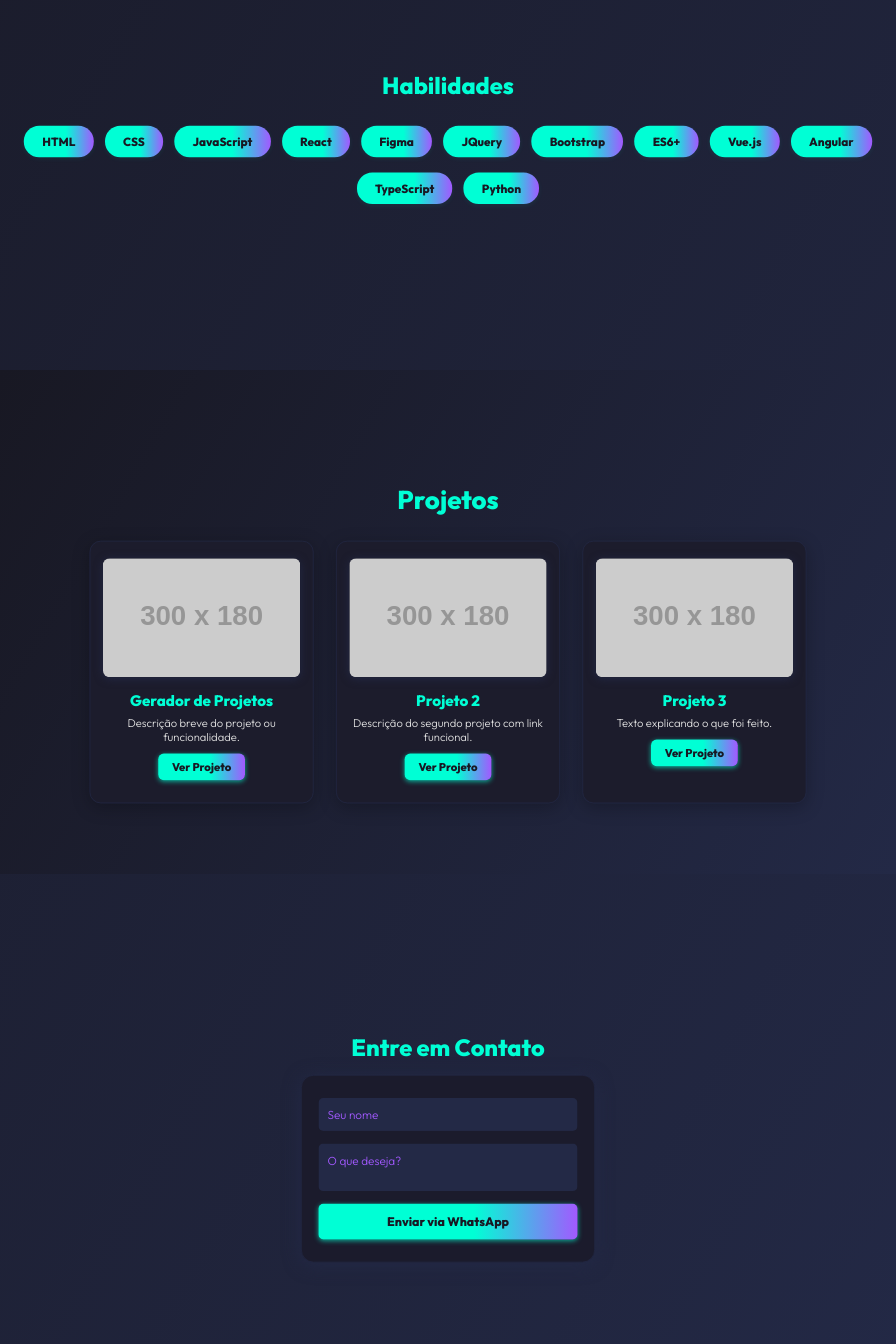
Repository: Wbyh7z/meu-portfolio
Page: src/index.html
These files come from the project's save history. The page is drawn as it stood at one moment and after the next save; the edit follows.
The browser window is 1280 px wide. The pictures show the part of the page from y = 1631 to 3551 px (the page is 3696 px tall), at 70% of full size.

Above is the page before, as saved 2025-08-11 00:19:30.

### src/index.html
<!DOCTYPE html>
<html lang="pt-br">
<head>
  <meta charset="UTF-8" />
  <meta name="viewport" content="width=device-width, initial-scale=1.0"/>
  <title>Portfólio - Freelancer Metzad</title>
  <meta name="description" content="Portfólio de Weberty Marcilio, desenvolvedor front-end. Veja projetos, habilidades e entre em contato.">
  <link rel="icon" href="../img/IMG_1729.JPG" type="image/jpeg">
  <link rel="stylesheet" href="style.css" />
  <link href="https://fonts.googleapis.com/css2?family=Outfit:wght@300;600;800&display=swap" rel="stylesheet">
</head>
<body>
  <nav class="navbar">
    <div class="menu-toggle" id="menu-toggle" aria-label="Abrir menu" tabindex="0">
      <span></span>
      <span></span>
      <span></span>
    </div>
    <ul id="nav-list">
      <li><a href="#inicio" class="active" aria-label="Ir para início">Início</a></li>
      <li><a href="#sobre" aria-label="Ir para sobre mim">Sobre Mim</a></li>
      <li><a href="#habilidades" aria-label="Ir para habilidades">Habilidades</a></li>
      <li><a href="#projetos" aria-label="Ir para projetos">Projetos</a></li>
      <li><a href="#contato" aria-label="Ir para contato">Contato</a></li>
    </ul>
  </nav>

  <section id="inicio" class="inicio">
    <div class="container">
      <img src="../img/IMG_1729.JPG" alt="Foto de Weberty Marcilio" class="foto" />
      <h1 class="nome">Weberty Marcilio</h1>
      <p class="profissao">Desenvolvedor Front-End</p>
    </div>
  </section>

  <section id="sobre" class="sobre">
    <div class="glass-box">
      <h2>Sobre Mim</h2>
      <p>
        Sou um desenvolvedor front-end apaixonado por criar interfaces bonitas, responsivas e modernas.
        Gosto de transformar ideias em código com atenção aos detalhes e uma boa dose de criatividade.
      </p>
    </div>
  </section>

  <section id="habilidades" class="habilidades">
    <h2>Habilidades</h2>
    <div class="skills">
      <span>HTML</span>
      <span>CSS</span>
      <span>JavaScript</span>
      <span>React</span>
      <span>Figma</span>
      <span>JQuery</span>
      <span>Bootstrap</span>
      <span>ES6+</span>
      <span>Vue.js</span>
      <span>Angular</span>
      <span>TypeScript</span>
      <span>Python</span>
    </div>
  </section>

  <section id="projetos">
    <h2>Projetos</h2>
    <div class="projetos-container">
      <div class="projeto">
        <img src="https://via.placeholder.com/300x180" alt="Imagem do Projeto 1">
        <h3>Gerador de Projetos</h3>
        <p>Descrição breve do projeto ou funcionalidade.</p>
        <a href="https://geradordeprojetos.netlify.app/" target="_blank" rel="noopener">Ver Projeto</a>
      </div>
      <div class="projeto">
        <img src="https://via.placeholder.com/300x180" alt="Imagem do Projeto 2">
        <h3>Projeto 2</h3>
        <p>Descrição do segundo projeto com link funcional.</p>
        <a href="https://github.com/seuusuario/projeto2" target="_blank" rel="noopener">Ver Projeto</a>
      </div>
      <div class="projeto">
        <img src="https://via.placeholder.com/300x180" alt="Imagem do Projeto 3">
        <h3>Projeto 3</h3>
        <p>Texto explicando o que foi feito.</p>
        <a href="https://github.com/seuusuario/projeto3" target="_blank" rel="noopener">Ver Projeto</a>
      </div>
    </div>
  </section>

  <section id="contato" class="contato">
    <h2>Entre em Contato</h2>
    <form class="formulario-contato" onsubmit="EnviarWhatsApp(event)">
      <label for="nome" style="display:none;">Nome</label>
      <input type="text" id="nome" placeholder="Seu nome" required>
      <label for="mensagem" style="display:none;">Mensagem</label>
      <textarea id="mensagem" placeholder="O que deseja?" required></textarea>
      <button type="submit">Enviar via WhatsApp</button>
      <div id="msg-sucesso" style="display:none;color:#00ffd5;margin-top:10px;font-weight:bold;">
        Mensagem enviada pelo WhatsApp!
      </div>
    </form>
  </section>

  <footer style="text-align:center;padding:18px 0;color:#a259ff;font-size:0.95rem;">
    © 2025 Weberty Marcilio. Todos os direitos reservados.
  </footer>

  <script>
    // Menu mobile
    const menuToggle = document.getElementById('menu-toggle');
    const navList = document.getElementById('nav-list');
    menuToggle.addEventListener('click', () => {
      navList.classList.toggle('open');
    });
    menuToggle.addEventListener('keypress', (e) => {
      if (e.key === 'Enter') navList.classList.toggle('open');
    });

    // Navbar ativo
    const links = document.querySelectorAll('.navbar a');
    links.forEach(link => {
      link.addEventListener('click', function() {
        links.forEach(l => l.classList.remove('active'));
        this.classList.add('active');
        if(window.innerWidth <= 768) navList.classList.remove('open');
      });
    });

    // WhatsApp com feedback visual
    function EnviarWhatsApp(event) {
      event.preventDefault();
      const nome = document.getElementById("nome").value;
      const mensagem = document.getElementById("mensagem").value;
      const telefone = "5563992388347";
      const texto = `Olá, meu nome é ${nome}, ${mensagem}`;
      const msgFormatada = encodeURIComponent(texto);
      const url = `https://wa.me/${telefone}?text=${msgFormatada}`;
      window.open(url, "_blank");
      document.getElementById("msg-sucesso").style.display = "block";
      setTimeout(() => {
        document.getElementById("msg-sucesso").style.display = "none";
      }, 3000);
    }
  </script>
</body>
</html>

### src/style.css
* {
  margin: 0;
  padding: 0;
  box-sizing: border-box;
  font-family: 'Outfit', sans-serif;
}

body {
  min-height: 100vh;
  background: linear-gradient(120deg, #181823 0%, #232946 100%);
  color: #fff;
  scroll-behavior: smooth;
  position: relative;
  overflow-x: hidden;
}

/* ANIMAÇÃO DE FUNDO */
body::before {
  content: "";
  position: fixed;
  top: -100px;
  left: -100px;
  width: 120vw;
  height: 120vh;
  background: radial-gradient(circle at 20% 20%, #00ffd5 0%, transparent 60%),
              radial-gradient(circle at 80% 80%, #a259ff 0%, transparent 60%);
  opacity: 0.08;
  z-index: 0;
  pointer-events: none;
}

/* NAVBAR */
.navbar {
  position: fixed;
  top: 0;
  width: 100%;
  background: rgba(17, 17, 17, 0.95);
  display: flex;
  justify-content: center;
  z-index: 1000;
  box-shadow: 0 2px 16px rgba(0,0,0,0.4);
  transition: background 0.3s;
}

.navbar ul {
  display: flex;
  list-style: none;
  padding: 1rem 2rem;
  gap: 2.5rem;
}

.navbar a {
  color: #fff;
  text-decoration: none;
  font-weight: 600;
  font-size: 1.1rem;
  letter-spacing: 1px;
  padding: 8px 18px;
  border-radius: 8px;
  transition: color 0.3s, background 0.3s, outline 0.2s;
}

.navbar a:hover,
.navbar a.active {
  color: #181823;
  background: #00ffd5;
}

.navbar a:focus {
  outline: 2px solid #00ffd5;
  outline-offset: 2px;
}

/* MENU HAMBURGUER MOBILE */
.menu-toggle {
  display: none;
  flex-direction: column;
  justify-content: center;
  cursor: pointer;
  margin-left: 1rem;
}

.menu-toggle span {
  width: 28px;
  height: 3px;
  background: #fff;
  margin: 4px 0;
  border-radius: 2px;
  transition: 0.4s;
}

/* SECTIONS */
section {
  padding: 120px 20px 60px 20px;
  min-height: 100vh;
  display: flex;
  flex-direction: column;
  justify-content: center;
  align-items: center;
  text-align: center;
  position: relative;
  z-index: 1;
  transition: box-shadow 0.3s, transform 0.3s, background 0.3s, color 0.3s;
}

/* INÍCIO */
.inicio .foto {
  width: 170px;
  height: 170px;
  border-radius: 50%;
  object-fit: cover;
  border: 6px solid #00ffd5;
  box-shadow: 0 0 40px #00ffd5, 0 0 0 10px #232946;
  animation: float 3s ease-in-out infinite;
  margin-bottom: 18px;
  transition: box-shadow 0.3s, border 0.3s;
}

@keyframes float {
  0% { transform: translateY(0);}
  50% { transform: translateY(-12px);}
  100% { transform: translateY(0);}
}

.inicio .nome {
  margin-top: 10px;
  font-size: 2.7rem;
  font-weight: 800;
  letter-spacing: 1px;
  color: #00ffd5;
  text-shadow: 0 2px 12px #181823;
}

.inicio .profissao {
  color: #a259ff;
  font-size: 1.3rem;
  margin-top: 8px;
  font-weight: 600;
  letter-spacing: 1px;
}

/* SOBRE */
.sobre .glass-box {
  background: rgba(255, 255, 255, 0.07);
  backdrop-filter: blur(12px);
  border-radius: 22px;
  padding: 48px 32px;
  box-shadow: 0 0 32px rgba(128, 0, 255, 0.25);
  max-width: 700px;
  width: 95%;
  border: 1.5px solid rgba(255, 255, 255, 0.13);
  margin-top: 24px;
  transition: box-shadow 0.4s, transform 0.4s, background 0.3s;
}

.sobre .glass-box:hover {
  box-shadow: 0 0 48px rgba(170, 0, 255, 0.5);
  transform: scale(1.015);
  background: rgba(255,255,255,0.10);
}

.sobre .glass-box h2 {
  color: #00ffd5;
  margin-bottom: 18px;
  font-size: 2.1rem;
}

.sobre .glass-box p {
  font-size: 1.15rem;
  line-height: 1.7;
  color: #e0e0e0;
}

/* HABILIDADES */
.habilidades h2 {
  color: #00ffd5;
  font-size: 2.1rem;
  margin-bottom: 18px;
}

.skills {
  display: flex;
  flex-wrap: wrap;
  justify-content: center;
  margin-top: 18px;
  gap: 1rem;
}

.skills span {
  background: linear-gradient(90deg, #00ffd5 60%, #a259ff 100%);
  color: #181823;
  padding: 12px 26px;
  border-radius: 22px;
  font-weight: bold;
  font-size: 1.05rem;
  box-shadow: 0 2px 8px rgba(0,255,213,0.08);
  margin-bottom: 6px;
  transition: transform 0.2s, box-shadow 0.2s, background 0.3s, color 0.3s;
}

.skills span:hover,
.skills span:focus {
  transform: scale(1.08) rotate(-2deg);
  box-shadow: 0 4px 16px #00ffd5;
  background: linear-gradient(90deg, #a259ff 60%, #00ffd5 100%);
  color: #fff;
  outline: 2px solid #00ffd5;
}

/* PROJETOS */
#projetos {
  background: linear-gradient(120deg, #181823 0%, #232946 100%);
  color: #fff;
  text-align: center;
}

#projetos h2 {
  font-size: 2.3rem;
  margin-bottom: 36px;
  color: #00ffd5;
}

.projetos-container {
  display: flex;
  flex-wrap: wrap;
  justify-content: center;
  gap: 32px;
}

.projeto {
  background: rgba(28, 28, 44, 0.98);
  border-radius: 16px;
  padding: 24px 18px;
  width: 320px;
  transition: transform 0.3s, box-shadow 0.3s, border 0.3s;
  box-shadow: 0 6px 24px rgba(0,0,0,0.25);
  text-align: center;
  border: 1.5px solid #232946;
  position: relative;
  overflow: hidden;
}

.projeto:hover,
.projeto:focus-within {
  transform: translateY(-8px) scale(1.04);
  box-shadow: 0 12px 32px #00ffd5aa;
  border-color: #00ffd5;
}

.projeto img {
  width: 100%;
  border-radius: 10px;
  margin-bottom: 15px;
  box-shadow: 0 2px 12px #232946;
  transition: box-shadow 0.3s;
}

.projeto h3 {
  font-size: 1.35rem;
  margin-bottom: 8px;
  color: #00ffd5;
}

.projeto p {
  font-size: 1rem;
  margin-bottom: 14px;
  color: #e0e0e0;
}

.projeto a {
  background: linear-gradient(90deg, #00ffd5 60%, #a259ff 100%);
  color: #181823;
  padding: 9px 20px;
  border-radius: 8px;
  text-decoration: none;
  font-weight: bold;
  font-size: 1rem;
  transition: background 0.3s, color 0.3s, border 0.3s;
  box-shadow: 0 2px 8px #00ffd5aa;
  display: inline-block;
  margin-bottom: 8px;
}

.projeto a:hover,
.projeto a:focus {
  background: #181823;
  color: #00ffd5;
  border: 1.5px solid #00ffd5;
  outline: 2px solid #00ffd5;
}

/* CONTATO */
.contato h2 {
  color: #00ffd5;
  font-size: 2.1rem;
  margin-bottom: 18px;
}

.formulario-contato {
  display: flex;
  flex-direction: column;
  gap: 18px;
  width: 95%;
  max-width: 420px;
  margin: 0 auto;
  background: rgba(28, 28, 44, 0.98);
  padding: 32px 24px;
  border-radius: 18px;
  box-shadow: 0 4px 24px #232946;
  border: 1.5px solid #232946;
}

.formulario-contato input,
.formulario-contato textarea {
  padding: 12px;
  border: none;
  border-radius: 7px;
  font-size: 1.05rem;
  background: #232946;
  color: #fff;
  resize: none;
  outline: none;
  transition: box-shadow 0.2s, border 0.2s;
  border: 1.5px solid transparent;
}

.formulario-contato input:focus,
.formulario-contato textarea:focus {
  border: 1.5px solid #00ffd5;
  box-shadow: 0 0 8px #00ffd5;
  outline: 2px solid #00ffd5;
}

.formulario-contato button {
  padding: 14px;
  background: linear-gradient(90deg, #00ffd5 60%, #a259ff 100%);
  border: none;
  border-radius: 7px;
  font-weight: bold;
  color: #181823;
  font-size: 1.1rem;
  cursor: pointer;
  transition: background 0.3s, color 0.3s, border 0.3s;
  box-shadow: 0 2px 8px #00ffd5aa;
}

.formulario-contato button:hover,
.formulario-contato button:focus {
  background: #181823;
  color: #00ffd5;
  border: 1.5px solid #00ffd5;
  outline: 2px solid #00ffd5;
}

#msg-sucesso {
  transition: opacity 0.4s;
  opacity: 1;
}

/* Placeholders com contraste */
::placeholder {
  color: #a259ff;
  opacity: 1;
}

/* FOOTER */
footer {
  background: transparent;
  border-top: 1px solid #232946;
  margin-top: 40px;
  text-align: center;
  padding: 18px 0;
  color: #a259ff;
  font-size: 0.95rem;
}

/* RESPONSIVO */
@media (max-width: 900px) {
  .projetos-container {
    flex-direction: column;
    align-items: center;
  }
  .projeto {
    width: 95%;
    max-width: 400px;
  }
}

@media (max-width: 768px) {
  .navbar ul {
    flex-direction: column;
    background: #111;
    position: absolute;
    top: 60px;
    left: 0;
    width: 100vw;
    display: none;
    z-index: 2000;
    padding: 1rem 0;
    gap: 1.5rem;
  }
  .navbar ul.open {
    display: flex;
  }
  .menu-toggle {
    display: flex;
    position: absolute;
    right: 24px;
    top: 18px;
    z-index: 2001;
  }
  section {
    padding-top: 100px;
  }
  .inicio .nome {
    font-size: 2rem;
  }
  .skills {
    flex-direction: column;
  }
}

@media (max-width: 500px) {
  .inicio .foto {
    width: 120px;
    height: 120px;
  }
  .projeto {
    padding: 14px 6px;
  }
  .formulario-contato {
    padding: 18px 6px;
  }
}

After the next save:
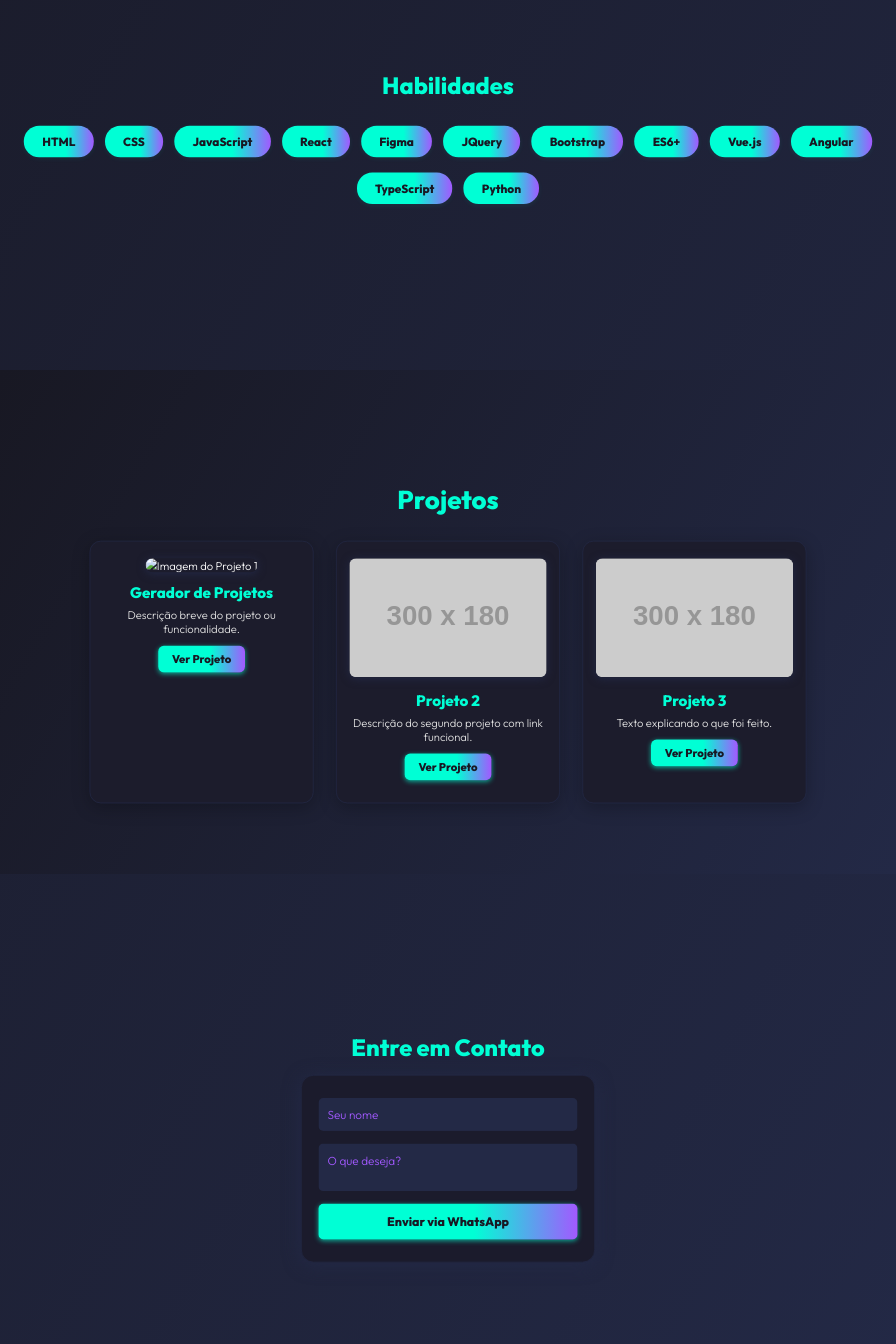
Saved 23 s later.
--- a/src/index.html
+++ b/src/index.html
@@ -65,7 +65,7 @@
     <h2>Projetos</h2>
     <div class="projetos-container">
       <div class="projeto">
-        <img src="https://via.placeholder.com/300x180" alt="Imagem do Projeto 1">
+        <img src="#" alt="Imagem do Projeto 1">
         <h3>Gerador de Projetos</h3>
         <p>Descrição breve do projeto ou funcionalidade.</p>
         <a href="https://geradordeprojetos.netlify.app/" target="_blank" rel="noopener">Ver Projeto</a>
